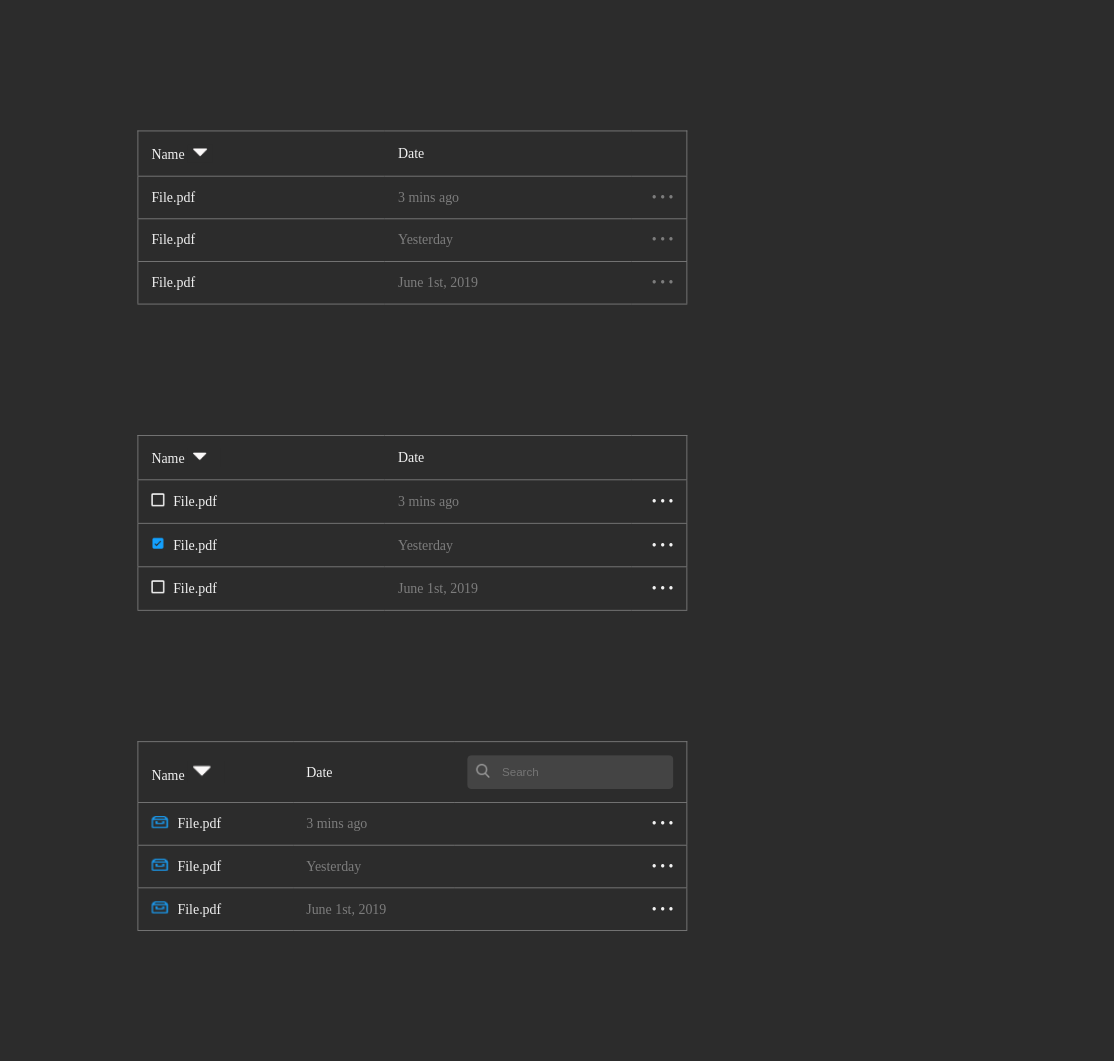
Repository: batonAnton/Hw5-table
Page: index.html
The author's editor kept a copy of each file at every save. The page is drawn from the files as they stood at one save, then again after the next save.
The browser window is 1280 px wide. The pictures show the whole page, at 87% of full size.

Above is the page before, as saved 2022-06-14 12:04:16.

After the next save:
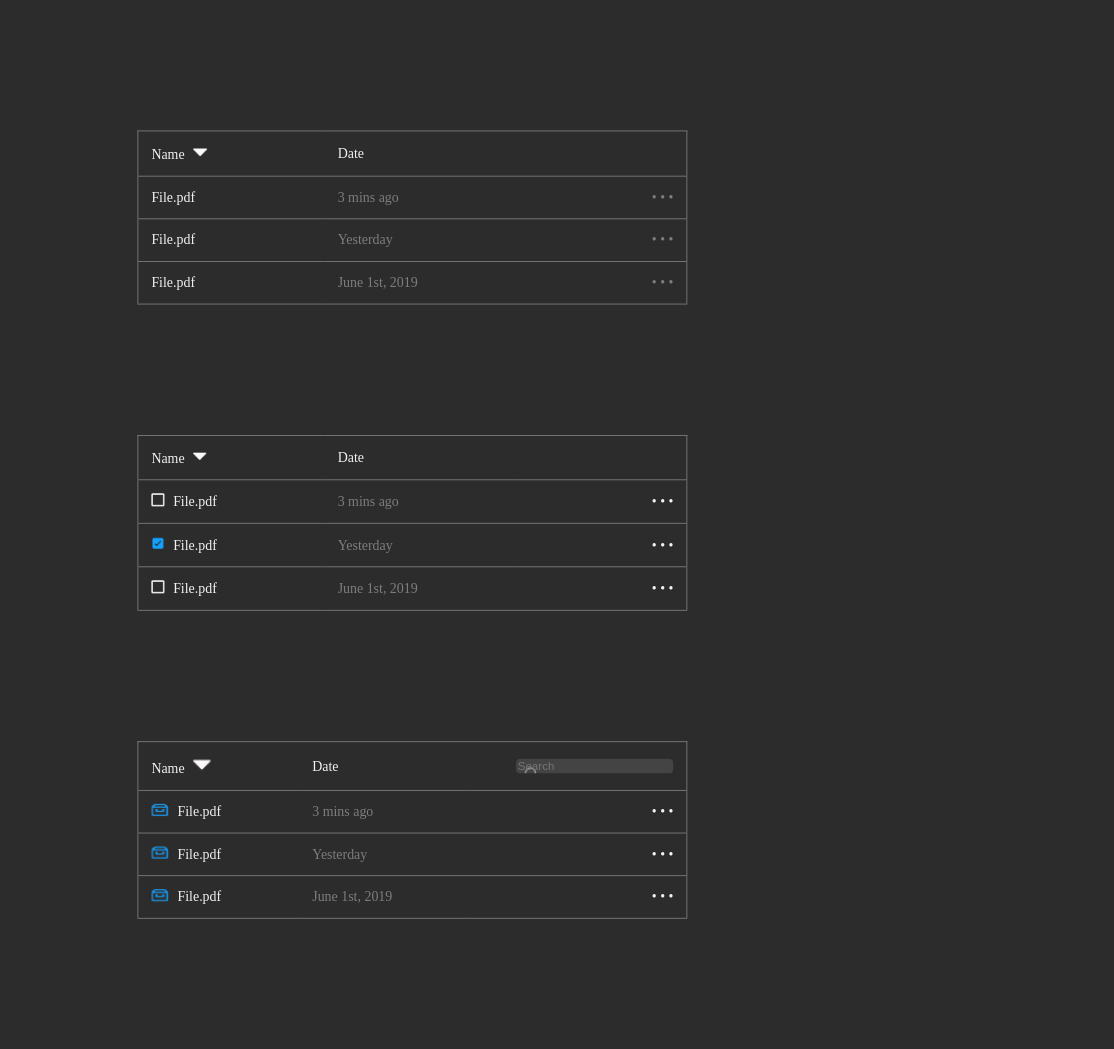
Saved 5 min 51 s later.
--- a/css/style.css
+++ b/css/style.css
@@ -14,7 +14,8 @@ table {
 td {
   border-bottom: 1px solid rgb(125, 125, 125);
   padding: 15px;
-  width: 45%;
+  width: 270px;
+  height: 18px;
 }
 
 .right-dot {
@@ -56,5 +57,5 @@ input {
   background-image: url("/image/search.png");
   background-position: 10px 10px;
   background-repeat: no-repeat;
-  padding: 12px 20px 12px 40px;
+  /* padding: 12px 20px 12px 40px; */
 }
